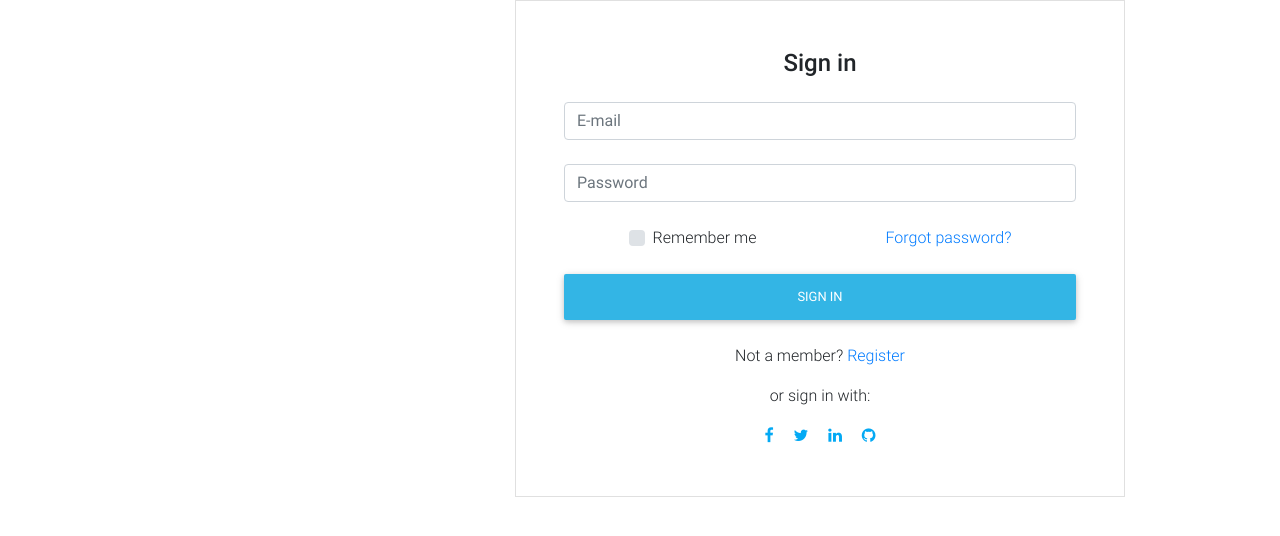
Repository: KJSCEhack/KJSCE_Vanquishers
Page: login_page.html
These files come from the project's save history. The page is drawn as it stood at one moment and after the next save; the edit follows.
The browser window is 1280 px wide. The pictures show the whole page.

Above is the page before, as saved 2018-10-06 04:06:01.

### login_page.html

<!DOCTYPE HTML>
<html>

<head>
    <!-- Font Awesome -->
    <link rel="stylesheet" href="https://maxcdn.bootstrapcdn.com/font-awesome/4.7.0/css/font-awesome.min.css">
    <!-- Bootstrap core CSS -->
    <link href="css/bootstrap.min.css" rel="stylesheet">
    <!-- Material Design Bootstrap -->
    <link href="css/mdb.min.css" rel="stylesheet">
    <!-- Your custom styles (optional) -->
    <link href="css/style.min.css" rel="stylesheet">
</head>
<body>
    <div class="col-md-6" style="margin-left:500px";>
    <!-- Default form login -->
<form class="text-center border border-light p-5">

    <p class="h4 mb-4">Sign in</p>

    <!-- Email -->
    <input type="email" id="defaultLoginFormEmail" class="form-control mb-4" placeholder="E-mail">

    <!-- Password -->
    <input type="password" id="defaultLoginFormPassword" class="form-control mb-4" placeholder="Password">

    <div class="d-flex justify-content-around">
        <div>
            <!-- Remember me -->
            <div class="custom-control custom-checkbox">
                <input type="checkbox" class="custom-control-input" id="defaultLoginFormRemember">
                <label class="custom-control-label" for="defaultLoginFormRemember">Remember me</label>
            </div>
        </div>
        <div>
            <!-- Forgot password -->
            <a href="">Forgot password?</a>
        </div>
    </div>

    <!-- Sign in button -->
    <button class="btn btn-info btn-block my-4" type="submit">Sign in</button>

    <!-- Register -->
    <p>Not a member?
        <a href="">Register</a>
    </p>

    <!-- Social login -->
    <p>or sign in with:</p>

    <a type="button" class="light-blue-text mx-2">
        <i class="fa fa-facebook"></i>
    </a>
    <a type="button" class="light-blue-text mx-2">
        <i class="fa fa-twitter"></i>
    </a>
    <a type="button" class="light-blue-text mx-2">
        <i class="fa fa-linkedin"></i>
    </a>
    <a type="button" class="light-blue-text mx-2">
        <i class="fa fa-github"></i>
    </a>

</form>
</div>
<!-- Default form login -->
</body>
</html>

Loaded but not shown: css/bootstrap.min.css (library); css/mdb.min.css (library); css/style.min.css (common file)

After the next save:
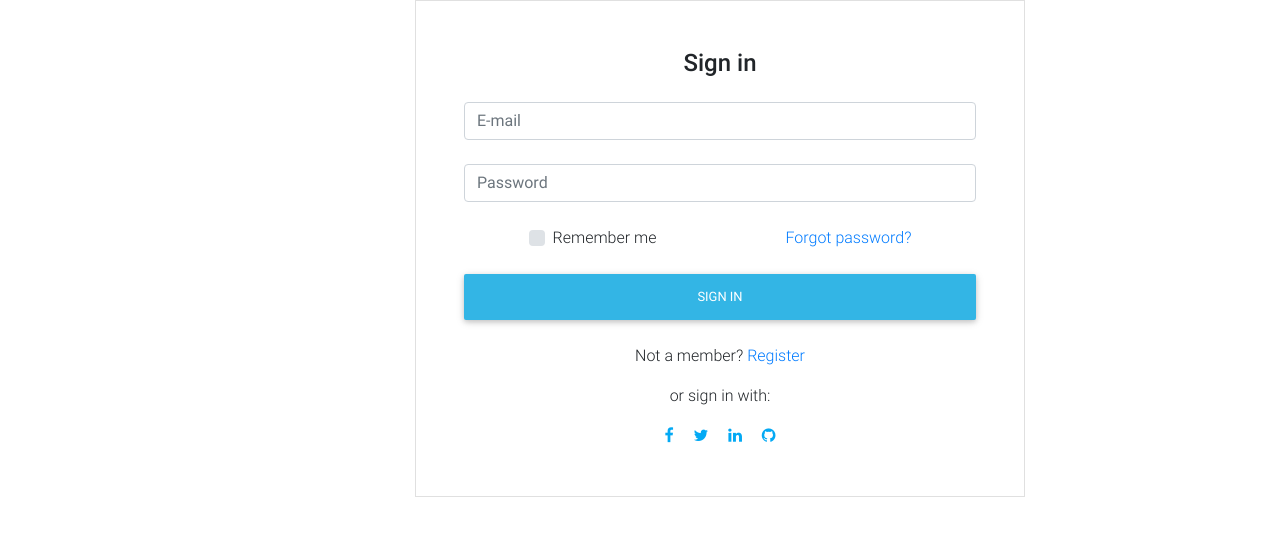
Saved 7 s later.
--- a/login_page.html
+++ b/login_page.html
@@ -13,7 +13,7 @@
     <link href="css/style.min.css" rel="stylesheet">
 </head>
 <body>
-    <div class="col-md-6" style="margin-left:500px";>
+    <div class="col-md-6" style="margin-left:400px";>
     <!-- Default form login -->
 <form class="text-center border border-light p-5">
 
